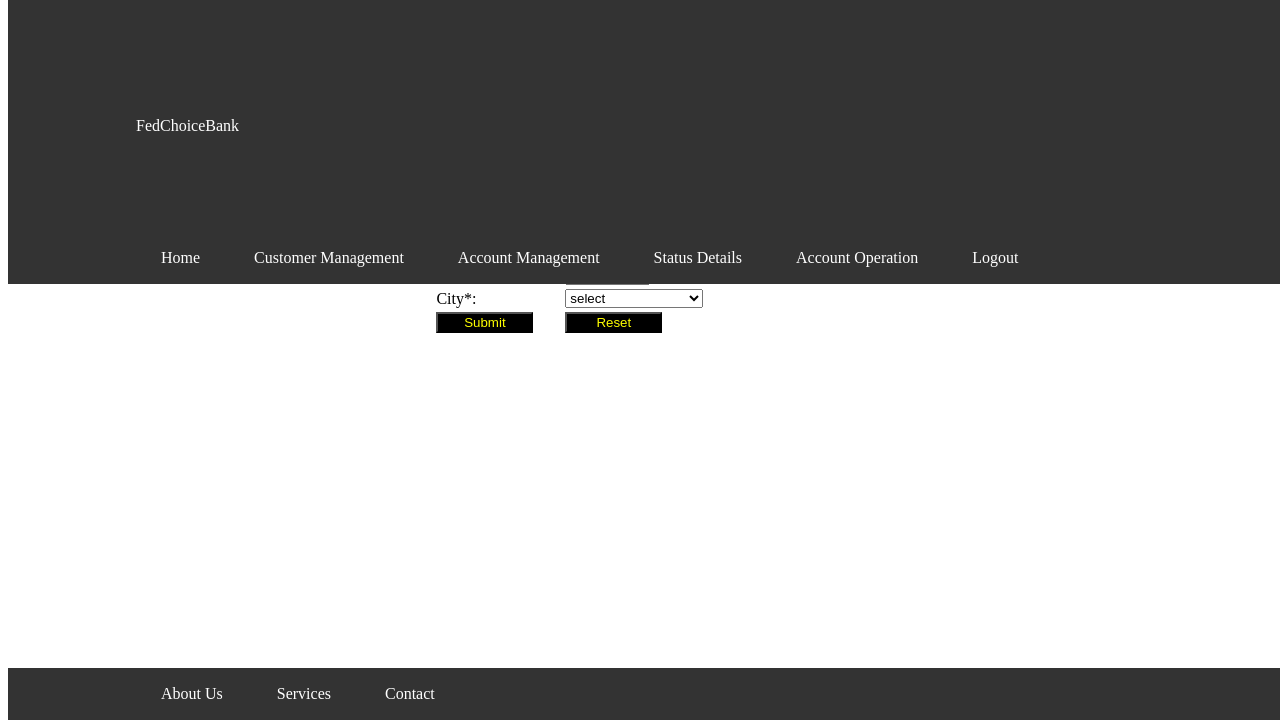
Repository: gopikavinod/RBM
Page: http://localhost/Retail_Bank_Management/userLogged.jsp
An editor plug-in stored every save of this project. The page is shown before and after the next save, followed by the edit.
The browser window is 1280 px wide. The pictures show the whole page.
The page is served by Tomcat 9. Other server files are loaded and not shown.

Above is the page before, as saved 2020-06-15 10:51:16.

### eclipse-workspace/Retail Bank Management/WebContent/userLogged.jsp
<%@page import="com.bean.LoginServlet"%>
<%@ page language="java"
         contentType="text/html; charset=windows-1256"
         pageEncoding="windows-1256"
         import="com.bean.UserBean"
         import="com.bean.LoginServlet"
   %>

   <!DOCTYPE html PUBLIC "-//W3C//DTD HTML 4.01 Transitional//EN"
   "http://www.w3.org/TR/html4/loose.dtd">

   <html>

      <head>
         <meta http-equiv="Content-Type"
            content="text/html; charset=windows-1256">


   <title>FedChoice Bank</title>
<style>
    /* Add some padding on document's body to prevent the content
    to go underneath the header and footer */
    body{
        padding-top: 60px;
        padding-bottom: 40px;
    }
    .container{
        width: 80%;
        margin: 0 auto; /* Center the DIV horizontally */
    }
    .fixed-header, .fixed-footer{
        width: 100%;
        position: fixed;
        background: #333;
        padding: 10px 0;
        color: #fff;
    }
    .fixed-header{
        top: 0;
    }
    .fixed-footer{
        bottom: 0;
    }
    /* Some more styles to beutify this example */
    nav a{
        color: #fff;
        text-decoration: none;
        padding: 7px 25px;
        display: inline-block;
    }
    .container p{
        line-height: 200px; /* Create scrollbar to test positioning */
    }
    h1.detail
    {
    color:yellow;
    }
    span.name{
    	color:white;
    }
</style>
</head>
<body>
    <div class="fixed-header">
        <div class="container">
            <nav>
          <p class="detail">FedChoice<span class="name">Bank</span></p>
                <a href="#">Home</a>
                <a href="#">Customer Management</a>
                <a href="#">Account Management</a>
                <a href="#">Status Details</a>
                <a href="#">Account Operation</a>
                <a href="#">Logout</a>
            </nav>
        </div>
    </div>
    <div class="container">
    <p>
    	<form action="createCustomerServlet" name="createCustomer" enctype="multipart/form-data" style="margin-top: 95px;
    margin-left: 299px;">
    <table>
<tr >
<td>Customer SSNID*:</td>
<td><input type="text" id="cssnid" name="customerssnid" value=""> </td>
</tr>
<tr>
<td>Customer Name*:</td>
<td><input type="text" id="cname" name="customername" value=""> </td>
</tr>
<tr>
<td>Age*:</td>
<td><input type="text" id="cname" name="customername" value=""></td>
</tr>
<tr>
<td>Address*:</td>
<td> <input type="text" id="address" name="customeraddress" value=""></td>
</tr>
<tr>
<td>State*:</td>
<td> <select name="state" id="state">
<option value="select">select</option>
  <option value="Kerala">Kerala</option>
  <option value="TamilNadu">TamilNadu</option>
  <option value="Karnataka">Karnataka</option>
  <option value="Delhi">Delhi</option>
</select>
</td>
</tr>
<tr>
<td>City*:</td>
<td> <select name="city" id="city">
<option value="select">select</option>
  <option value="Ernakulam">Ernakulam</option>
  <option value="Thrissur">Thrissur</option>
  <option value="Palakkad">Palakkad</option>
  <option value="Thiruvanathapuram">Thiruvanathapuram</option>
</select>
</td>
</tr>
<tr colspan="1">
<td><input type="submit" value="Submit" style="background-color: black;color: yellow ;width:97px"></td>
<td><input type="reset" value="Reset" style="background-color: black;color: yellow ;width:97px"></td>
</tr>
</table>

    	</form>
    	</p>
    	    </div>
    <div class="fixed-footer">
        <div class="container">
        <nav>

                <a href="#">About Us</a>
                <a href="#">Services</a>
                <a href="#">Contact</a>
        </nav>
        </div>
    </div>
</body>
   </html>

After the next save:
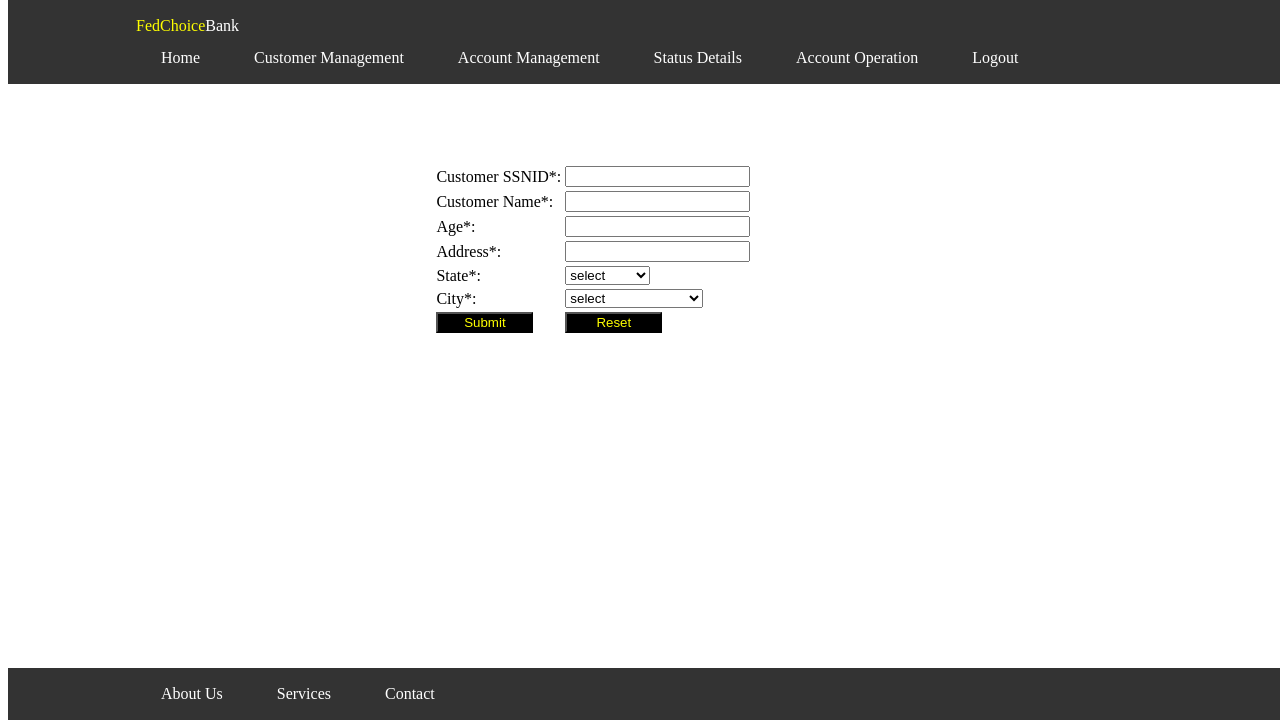
Saved 7 min 57 s later.
--- a/eclipse-workspace/Retail Bank Management/WebContent/userLogged.jsp
+++ b/eclipse-workspace/Retail Bank Management/WebContent/userLogged.jsp
@@ -51,9 +51,10 @@
     .container p{
         line-height: 200px; /* Create scrollbar to test positioning */
     }
-    h1.detail
+    p.detail
     {
     color:yellow;
+    line-height: 0px;
     }
     span.name{
     	color:white;
